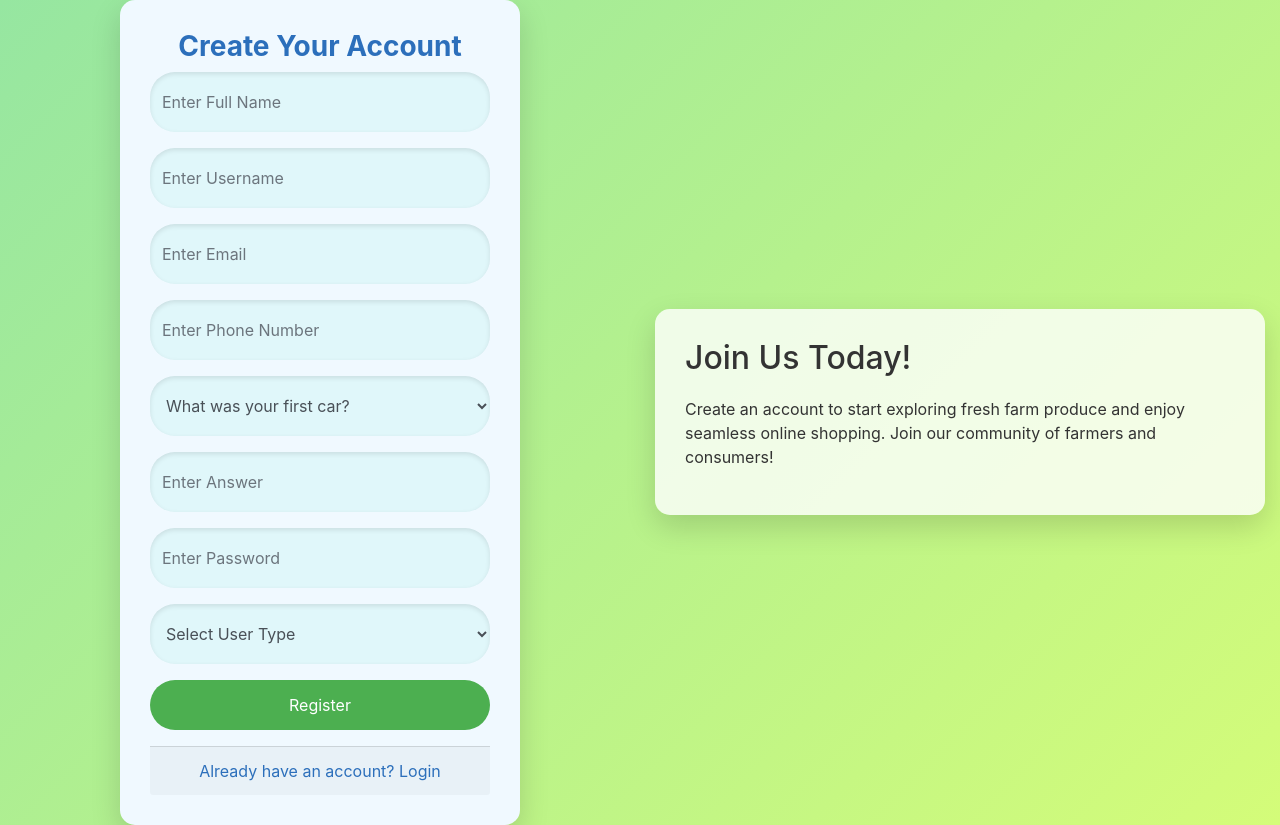
Repository: Dineshbabu290904/DigiMart
Page: http://localhost/DigiMart/signup.jsp
These files come from the project's save history. The page is drawn as it stood at one moment and after the next save; the edit follows.
The browser window is 1280 px wide. The pictures show the whole page.
Some web libraries are served in a nearby version. The page is served by Tomcat 9.

Above is the page before, as saved 2024-10-16 15:36:18.

After the next save:
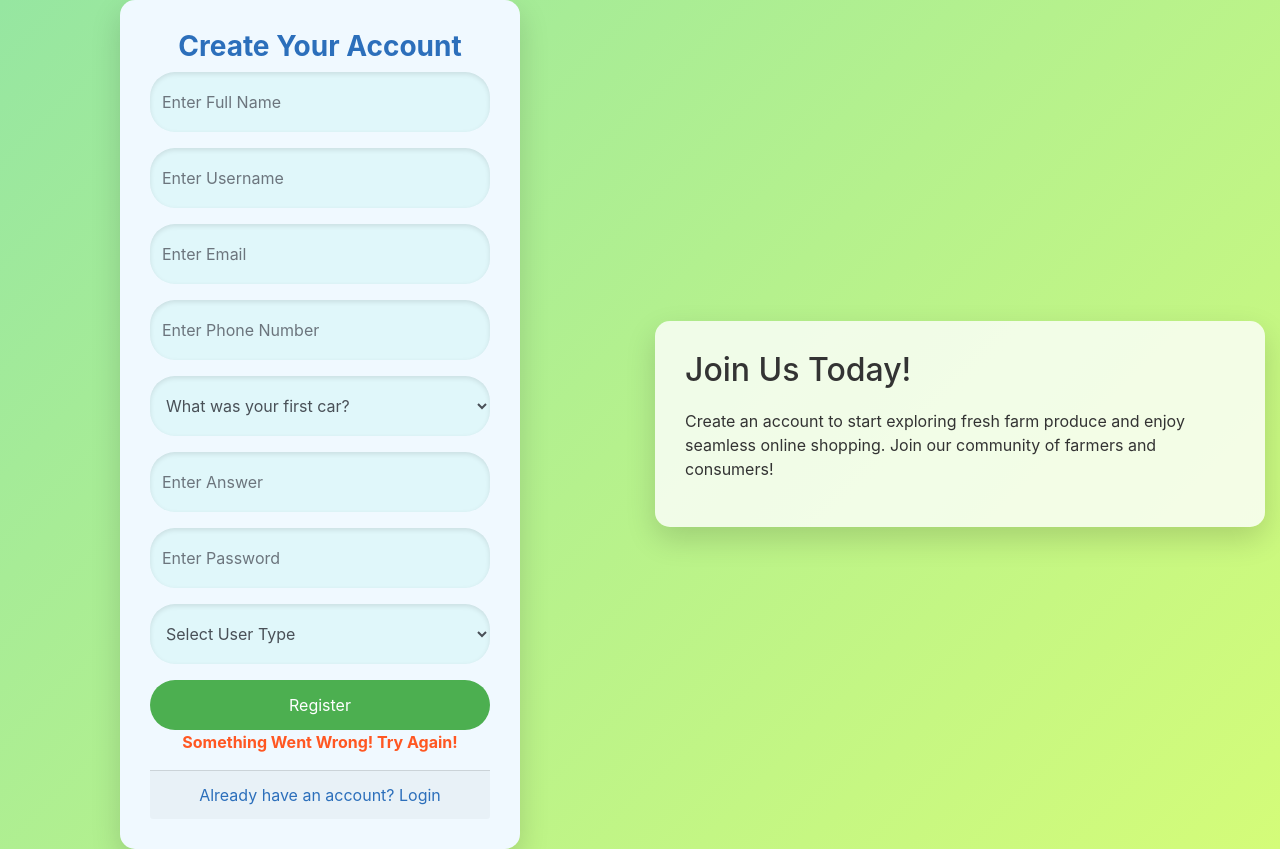
Saved 32 s later.
--- a/DigiMart/src/main/webapp/signup.jsp
+++ b/DigiMart/src/main/webapp/signup.jsp
@@ -71,6 +71,7 @@
     </style>
 </head>
 <body>
+
 <div class="container-fluid">
     <div class="row section">
         <!-- Left Side: Signup Form -->
@@ -114,6 +115,14 @@
                     </div>
                     <button type="submit" class="btn btn-custom btn-block">Register</button>
                 </form>
+                <%
+                    String msgSignup = request.getParameter("msg");
+                    if ("valid".equals(msgSignup)) {
+                %>
+                <div class="message">Successfully Registered!</div>
+                <% } else if ("invalid".equals(msgSignup) || msgSignup == null) { %>
+                <div class="message">Something Went Wrong! Try Again!</div>
+                <% } %>
                 <div class="card-footer text-center mt-3">
                     <a href="login.jsp">Already have an account? Login</a>
                 </div>

After the save that followed:
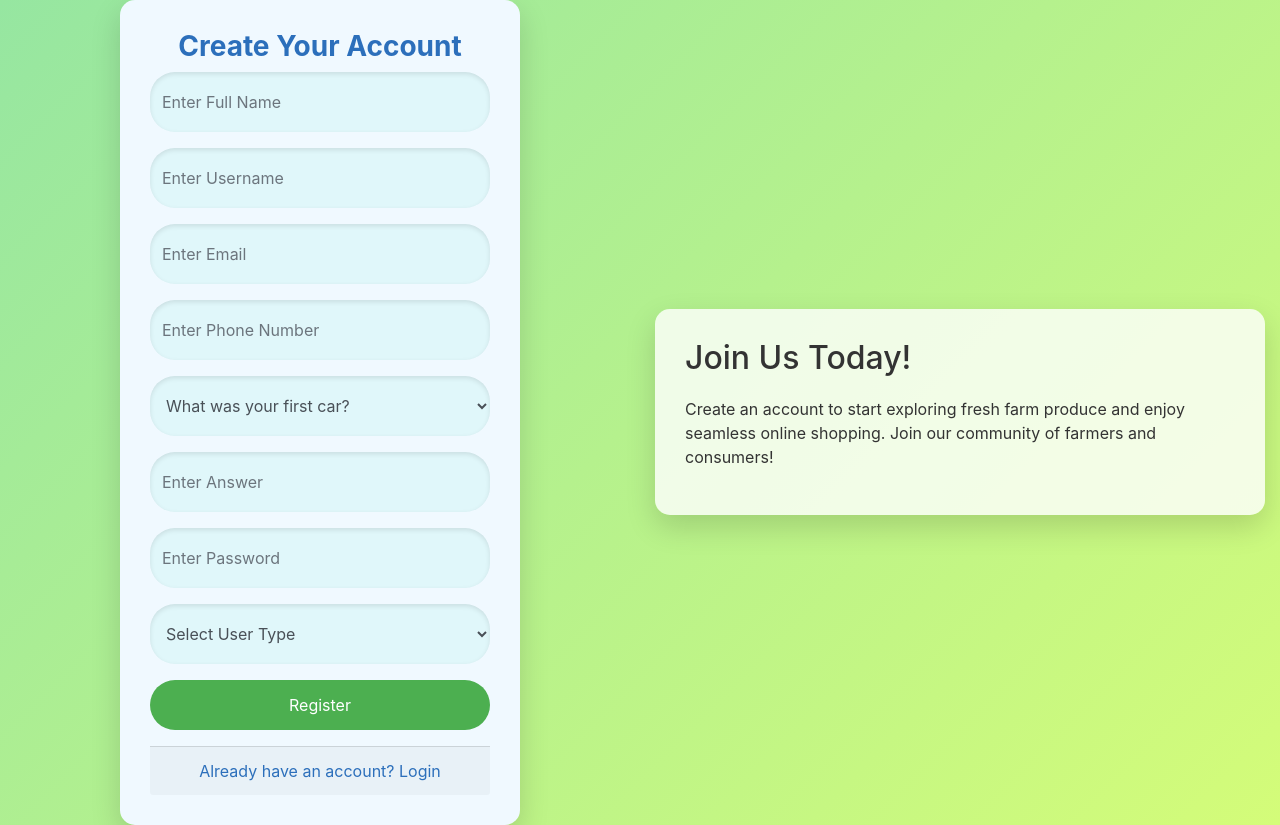
Saved 13 s later.
--- a/DigiMart/src/main/webapp/signup.jsp
+++ b/DigiMart/src/main/webapp/signup.jsp
@@ -120,7 +120,7 @@
                     if ("valid".equals(msgSignup)) {
                 %>
                 <div class="message">Successfully Registered!</div>
-                <% } else if ("invalid".equals(msgSignup) || msgSignup == null) { %>
+                <% } else if ("invalid".equals(msgSignup)) { %>
                 <div class="message">Something Went Wrong! Try Again!</div>
                 <% } %>
                 <div class="card-footer text-center mt-3">
